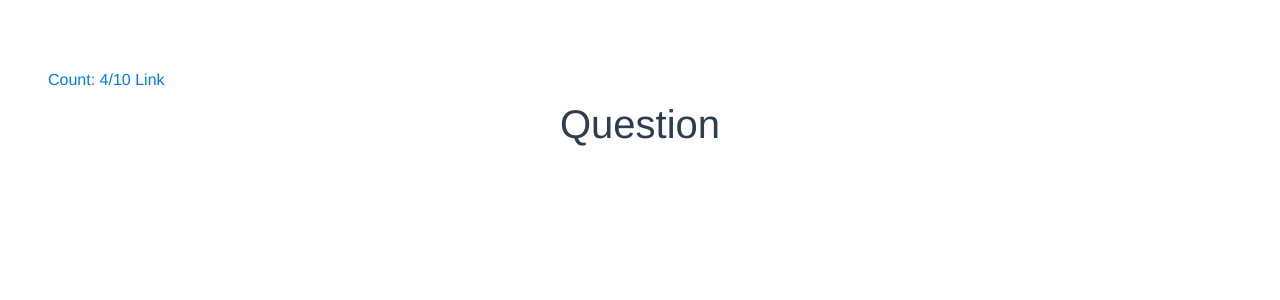
Repository: tokliver/AppVue
Page: /
These files come from the project's save history. The page is drawn as it stood at one moment and after a run of saves; the edit follows.
The browser window is 1280 px wide. The pictures show the whole page.
The project was rebuilt for these pictures with package versions that can differ from the ones it lists, and the page was loaded fresh each time.

Above is the page before, as saved 2019-04-13 09:18:00.

After the next 5 saves:
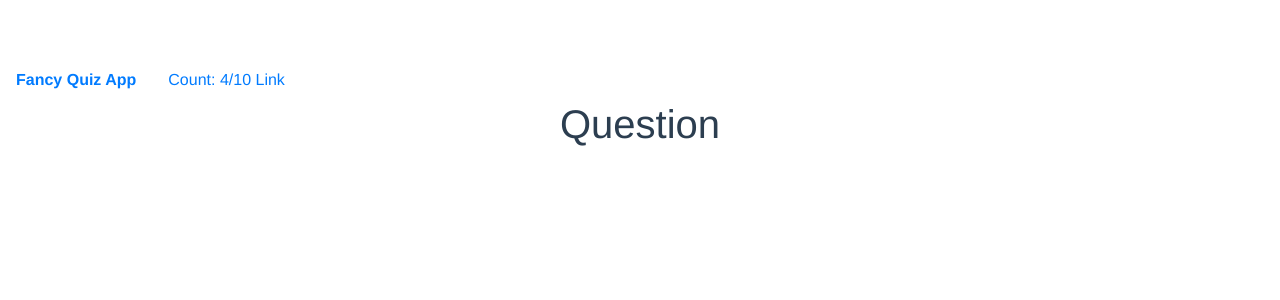
The 5 saves are shown as one change because 3 did not build or start and some came seconds apart.
The last was saved 31 s later.
--- a/src/components/Header.vue
+++ b/src/components/Header.vue
@@ -1,8 +1,8 @@
 <template>
 <div>
   <b-nav>
-    <b-nav-item disable><bFancy Quiz App</b-nav-item>
-    <b-nav-item disable>Count: 4/10 Link</b-nav-item>
+    <b-nav-item disable><b>Fancy Quiz App</b></b-nav-item>
+    <b-nav-item disable>Count: 4/10 Link</b></b-nav-item>
   </b-nav>
 </div>
 </template>
